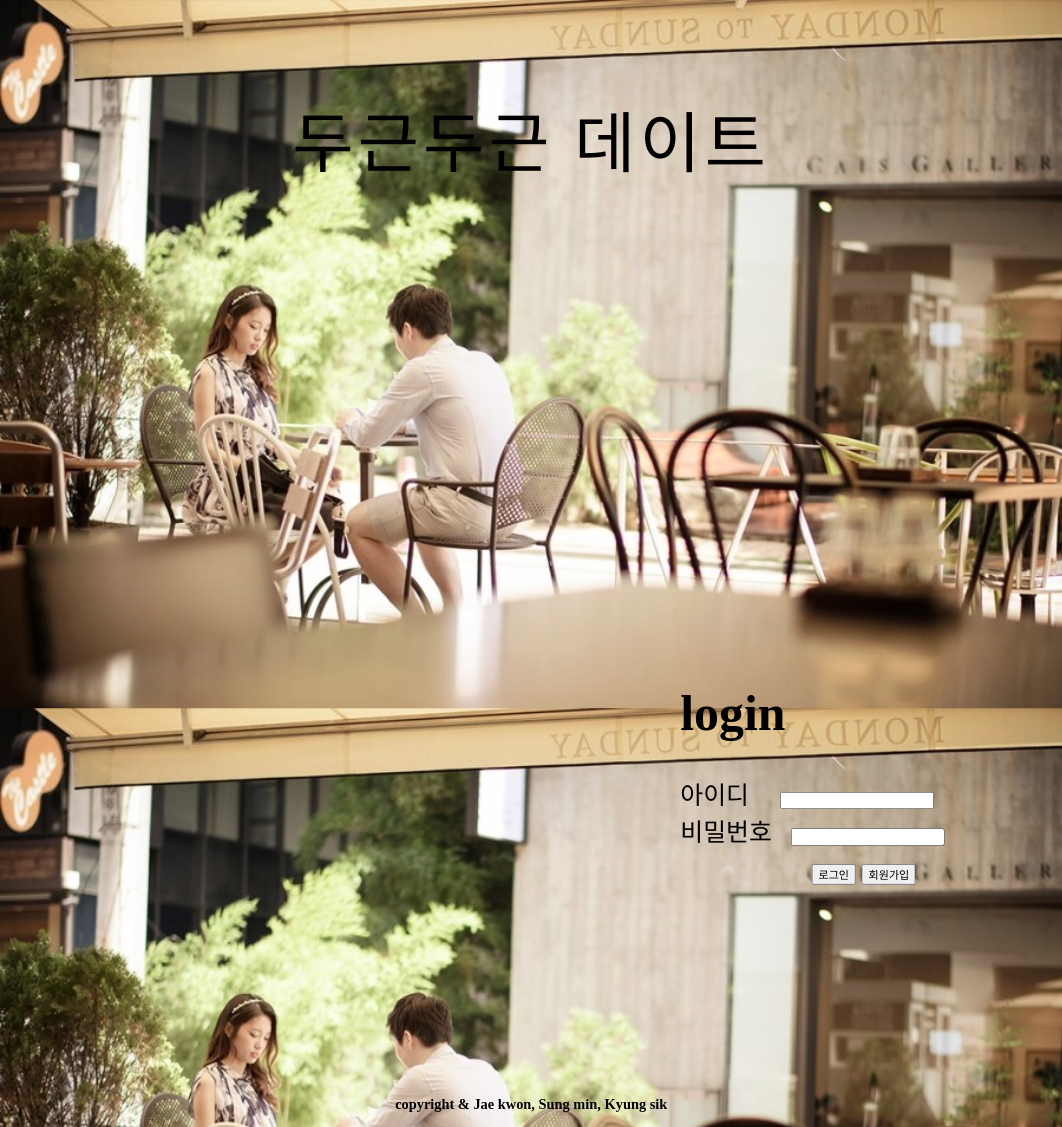
Repository: pinokio531/date_application
Page: http://localhost/doogeunDate/indexPage.jsp
An editor plug-in stored every save of this project. The page is shown before and after the next save, followed by the edit.
The browser window is 1280 px wide. The pictures show the whole page, at 83% of full size.
Some web fonts or font styles are not loaded; a fallback is used. The page is served by Tomcat 9.

Above is the page before, as saved 2019-06-04 01:33:06.

After the next save:
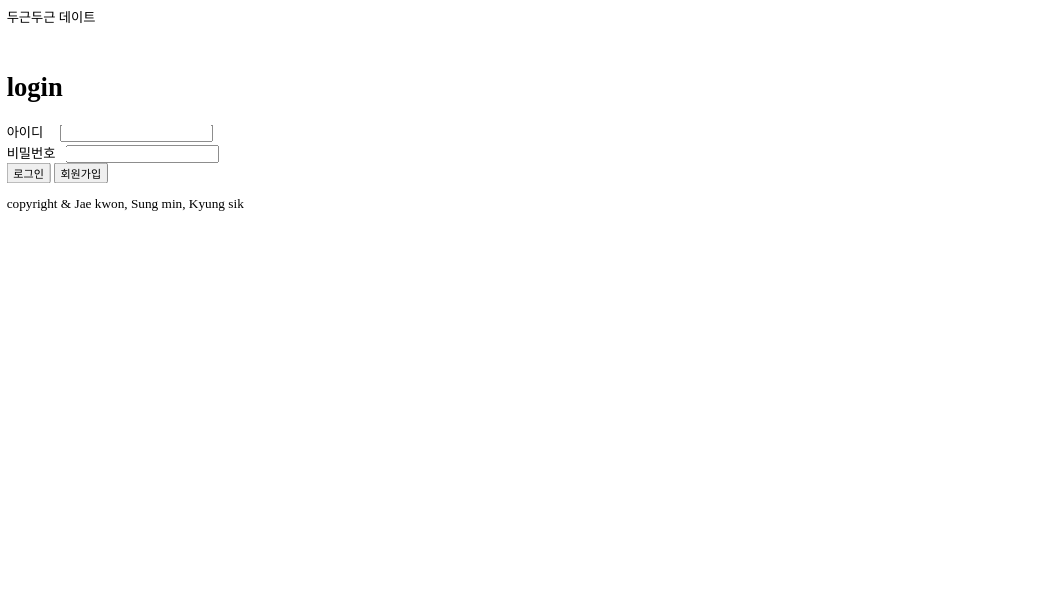
Saved 8 s later.
--- a/doogeunDate/WebContent/indexPage.jsp
+++ b/doogeunDate/WebContent/indexPage.jsp
@@ -7,7 +7,6 @@
 	<meta charset="EUC-KR">
 	<meta http-equiv="X-UA-Compatible" content="ie=edge">
 	<title>Document</title>
-	<link rel="stylesheet" type="text/css" href="./style/index.css" />
 </head>
 
 <body>

After the save that followed:
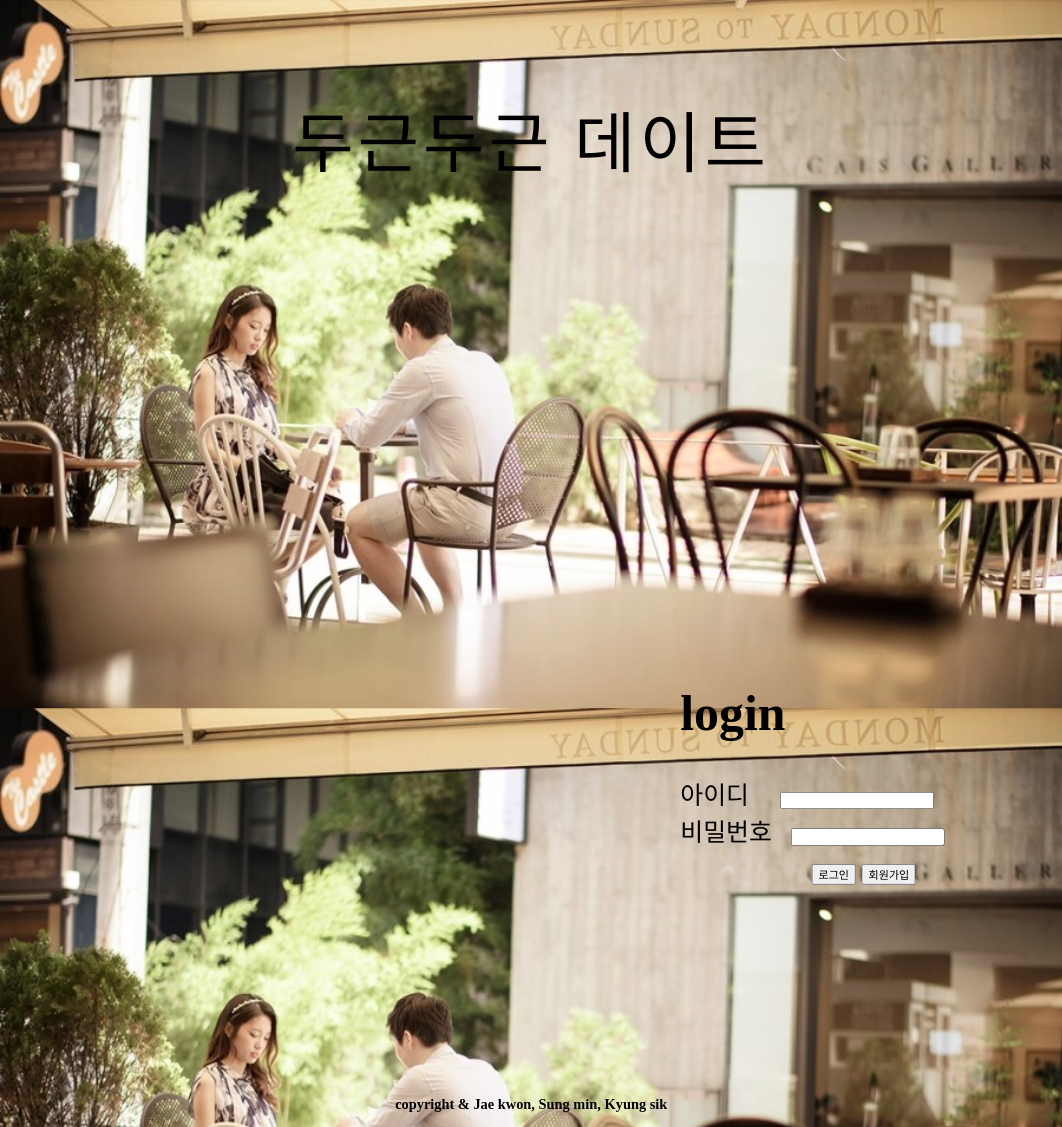
Saved 13 s later.
--- a/doogeunDate/WebContent/indexPage.jsp
+++ b/doogeunDate/WebContent/indexPage.jsp
@@ -7,6 +7,7 @@
 	<meta charset="EUC-KR">
 	<meta http-equiv="X-UA-Compatible" content="ie=edge">
 	<title>Document</title>
+	<link rel="stylesheet" type="text/css" href="./style/index.css" />
 </head>
 
 <body>
